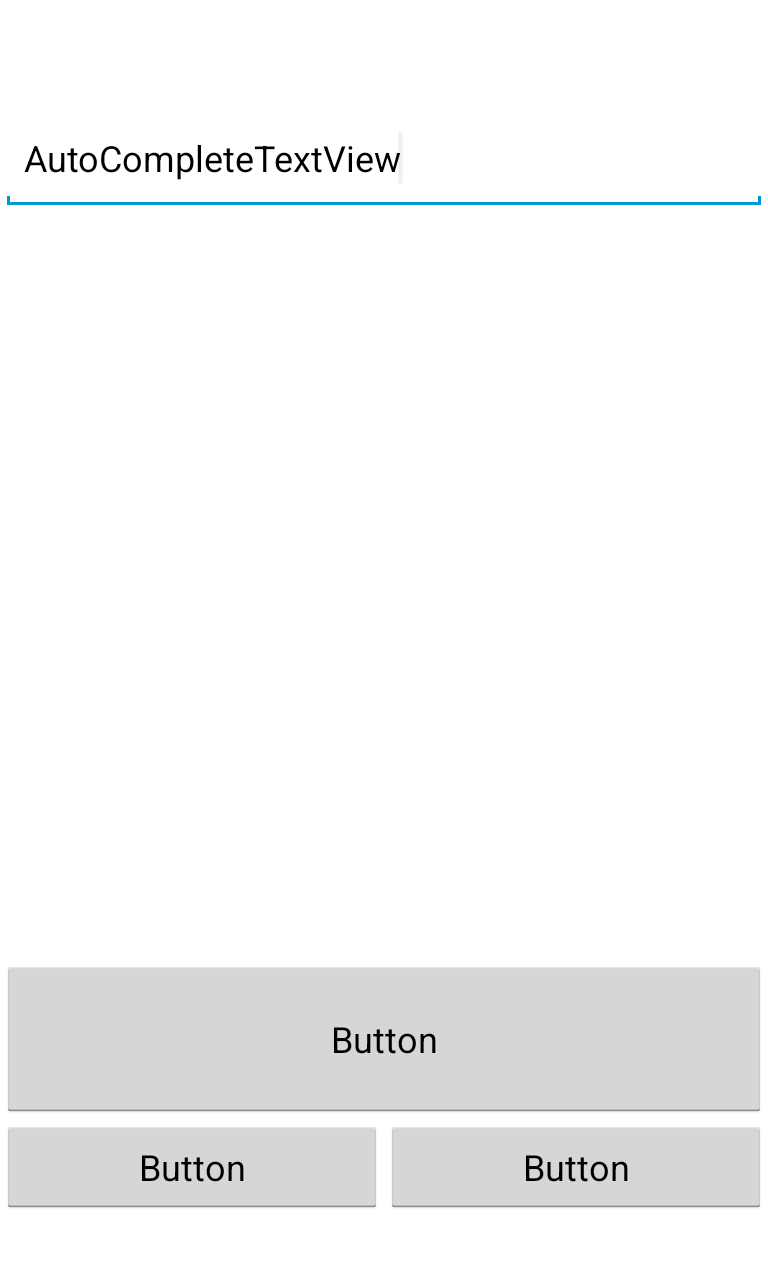
Repository: thinhnk55/android-appshare
Layout: ShareApp/res/layout/activity_main.xml
An editor plug-in stored every save of this project. The layout is shown before and after the next save, followed by the edit.
It is drawn on a 768 x 1280 px phone screen (xhdpi) without system bars, with theme AppTheme; the app's code is not run.

Above is the layout before, as saved 2014-07-02 16:35:38.

After the next save:
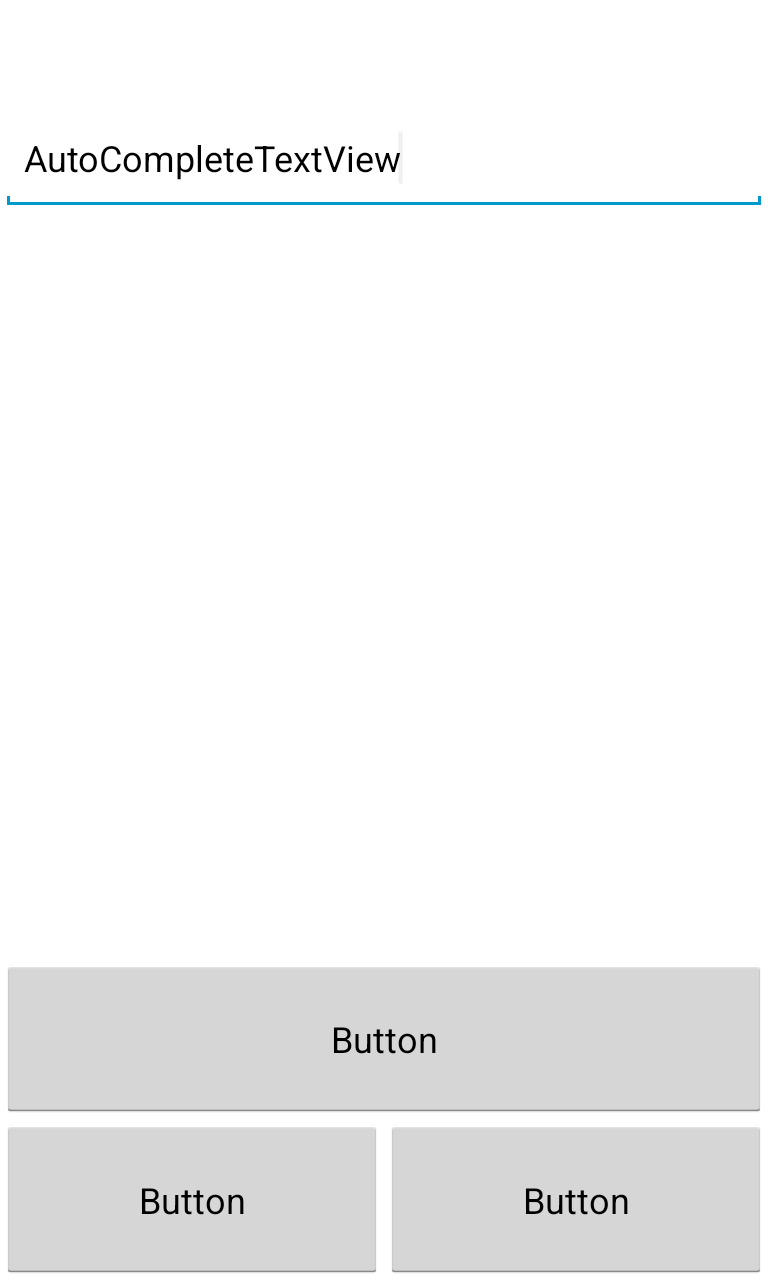
Saved 13 s later.
--- a/ShareApp/res/layout/activity_main.xml
+++ b/ShareApp/res/layout/activity_main.xml
@@ -75,13 +75,13 @@
 
                 <Button
                     android:id="@+id/button2"
-                    android:layout_height="wrap_content"
+                    android:layout_height="match_parent"
                     android:layout_weight="10"
                     android:text="Button" />
 
                 <Button
                     android:id="@+id/button3"
-                    android:layout_height="wrap_content"
+                    android:layout_height="match_parent"
                     android:layout_weight="10"
                     android:text="Button" />
 
